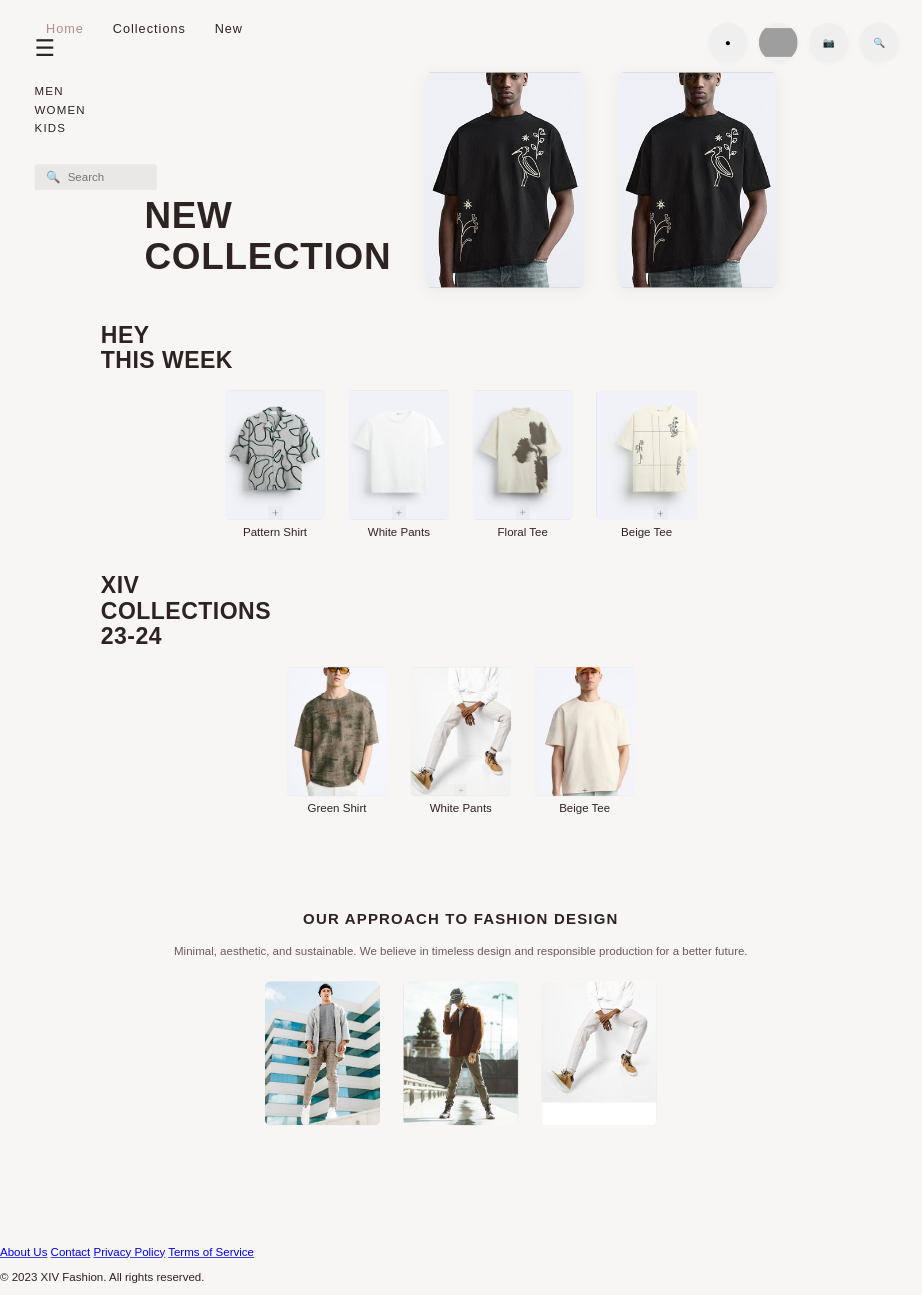
Repository: Diegoms0595/retail-dashboard-app
Page: index.html
These files come from the project's save history. The page is drawn as it stood at one moment and after the next save; the edit follows.
The browser window is 1280 px wide. The pictures show the whole page, at 72% of full size.
Pictures or frames that could not be fetched are drawn as grey boxes.

Above is the page before, as saved 2025-06-18 20:07:16.

### index.html
<!DOCTYPE html>
<html lang="en">
<head>
  <meta charset="UTF-8" />
  <meta name="viewport" content="width=device-width, initial-scale=1.0"/>
  <title>Akane, Diego</title>
  <link rel="stylesheet" href="style.css" />
</head>
<body>
  <header class="site-header">
    <nav>
      <a href="index.html" class="active">Home</a>
      <a href="products.html">Collections</a>
      <a href="products.html">New</a>
    </nav>
   <div class="top-icons">
  <button class="icon-btn">&#9679;</button>
  <button class="icon-btn"><img src="./Assets/shopping-cart.png" alt="Cart"></button>
  <button class="icon-btn">&#128247;</button>
  <button class="icon-btn">&#128269;</button>
</div>
  </header>

  <aside class="sidebar">
    <div class="menu-icon">&#9776;</div>
    <div class="sidebar-menu">
      <span>MEN</span>
      <span>WOMEN</span>
      <span>KIDS</span>
    </div>
    <div class="search-bar">
      <span>&#128269;</span>
      <input type="text" placeholder="Search" />
    </div>
  </aside>

  <main class="home-main">
    <section class="hero-section">
      <h1 class="hero-title">NEW<br>COLLECTION</h1>
      <div class="hero-products">
        <img src="./Assets/Head1.png" alt="Product 1" />
        <img src="./Assets/Head1.png" alt="Product 2" />
      </div>
    </section>

    <section class="week-section">
      <h2 class="section-title">HEY<br>THIS WEEK</h2>
      <div class="week-products">
        <div class="week-product">
          <img src="Assets/ThisWeek1.png" alt="Product 1" />
          <p>Pattern Shirt</p>
        </div>
        <div class="week-product">
          <img src="./Assets/ThisWeek2.png" alt="Product 2" />
          <p>White Pants</p>
        </div>
        <div class="week-product">
          <img src="./Assets/ThisWeek3.png" alt="Product 3" />
          <p>Floral Tee</p>
        </div>
        <div class="week-product">
          <img src="./Assets/ThisWeek4.png" alt="Product 4" />
          <p>Beige Tee</p>
        </div>
      </div>
    </section>

    <section class="collection-section">
      <h2 class="section-title">XIV<br>COLLECTIONS<br>23-24</h2>
      <div class="collection-products">
        <div class="collection-product">
          <img src="./Assets/Collection1.png" alt="Product 7" />
          <p>Green Shirt</p>
        </div>
        <div class="collection-product">
          <img src="./Assets/Collecton2.png" alt="Product 1" />
          <p>White Pants</p>
        </div>
        <div class="collection-product">
          <img src="./Assets/Collection3.png" alt="Product 8" />
          <p>Beige Tee</p>
        </div>
      </div>
    </section>

    <section class="approach-section">
      <h3>OUR APPROACH TO FASHION DESIGN</h3>
      <p>Minimal, aesthetic, and sustainable. We believe in timeless design and responsible production for a better future.</p>
      <div class="approach-gallery">
        <img src="./Assets/Approche1.png" alt="Lookbook 1" />
        <img src="./Assets/Approach2.png" alt="Lookbook 2" />
        <img src="./Assets/Approach3.png" alt="Lookbook 3" />
      </div>
    </section>
  </main>
    <footer class="site-footer">
        <div class="footer-links">
        <a href="#">About Us</a>
        <a href="#">Contact</a>
        <a href="#">Privacy Policy</a>
        <a href="#">Terms of Service</a>
        </div>
        <p>&copy; 2023 XIV Fashion. All rights reserved.</p>
</body>
</html>

### style.css
html, body {
  margin: 0;
  padding: 0;
  font-family: 'Montserrat', Arial, sans-serif;
  background: #f7f6f4;
  color: #2d2323;
  min-height: 100vh;
  width: 100vw;
  box-sizing: border-box;
}

body {
  min-height: 100vh;
  width: 100vw;
  display: flex;
  flex-direction: column;
}

.site-header {
  width: 100vw;
  max-width: 100vw;
  position: fixed;
  top: 0;
  left: 0;
  height: 80px;
  display: flex;
  align-items: center;
  justify-content: space-between;
  padding: 0 64px;
  background: none;
  z-index: 10;
  box-sizing: border-box;
}

nav {
  display: flex;
  gap: 40px;
}

nav a {
  text-decoration: none;
  color: #2d2323;
  font-size: 1.1rem;
  letter-spacing: 0.08em;
  padding: 8px 0;
  transition: color 0.2s;
}

nav a.active,
nav a:hover {
  color: #b48b8b;
}
.top-icons {
  display: flex;
  gap: 16px;
  align-items: center;
  position: absolute;
  top: 32px;
  right: 32px;
  z-index: 100;
}

.icon-btn {
  width: 54px;
  height: 54px;
  display: flex;
  align-items: center;
  justify-content: center;
  border-radius: 50%;
  border: none;
  box-shadow: 0 2px 8px rgba(0,0,0,0.04);
  cursor: pointer;
  padding: 0;
  overflow: hidden;
}

.icon-btn img {
  width: 54px;
  height: 54px;
  object-fit: contain;
  display: block;
}

.sidebar {
  position: fixed;
  left: 0;
  top: 0;
  width: 220px;
  height: 100vh;
  background: none;
  display: flex;
  flex-direction: column;
  padding: 48px 0 0 48px;
  box-sizing: border-box;
  z-index: 20;
}

.menu-icon {
  font-size: 2rem;
  margin-bottom: 32px;
  cursor: pointer;
}

.sidebar-menu {
  margin-bottom: 32px;
}

.sidebar-menu span {
  display: block;
  margin-bottom: 8px;
  font-size: 1rem;
  letter-spacing: 0.1em;
}

.search-bar {
  display: flex;
  align-items: center;
  background: rgba(80, 80, 80, 0.08);
  border-radius: 4px;
  padding: 8px 16px;
  width: 80%;
}

.search-bar input {
  border: none;
  background: none;
  margin-left: 8px;
  font-size: 1rem;
  width: 100%;
  outline: none;
}

.home-main {
  flex: 1;
  display: flex;
  flex-direction: column;
  align-items: center;
  justify-content: flex-start;
  margin-top: 100px;
  margin-left: 0;
  width: 100vw;
  max-width: 1200px;
  box-sizing: border-box;
  margin-right: auto;
  margin-left: auto;
  padding-bottom: 120px;
}

.hero-section,
.week-section,
.collection-section,
.approach-section {
  width: 100%;
  max-width: 1000px;
  margin: 0 auto 48px auto;
  display: flex;
  flex-direction: column;
  align-items: center;
}

.hero-section {
  flex-direction: row;
  align-items: flex-end;
  justify-content: center;
  gap: 48px;
}

.hero-title {
  font-size: 3.2rem;
  font-weight: 800;
  margin: 0 0 16px 0;
  line-height: 1.1;
  letter-spacing: 0.02em;
  text-align: left;
}

.hero-products {
  display: flex;
  gap: 48px;
}

.hero-products img {
  width: 220px;
  height: 300px;
  object-fit: cover;
  border-radius: 8px;
  box-shadow: 0 4px 24px rgba(0,0,0,0.06);
  background: #fff;
}

.section-title {
  font-size: 2rem;
  font-weight: 800;
  margin: 0 0 24px 0;
  line-height: 1.1;
  letter-spacing: 0.02em;
  text-align: left;
  width: 100%;
}

.week-products, .collection-products {
  display: flex;
  gap: 32px;
  justify-content: center;
  width: 100%;
}

.week-product, .collection-product {
  display: flex;
  flex-direction: column;
  align-items: center;
}

.week-product img, .collection-product img {
  width: 140px;
  height: 180px;
  object-fit: cover;
  border-radius: 6px;
  margin-bottom: 8px;
  background: #fff;
}

.week-product p, .collection-product p {
  font-size: 1rem;
  margin: 0;
  color: #2d2323;
}

.approach-section {
  margin: 64px 0 0 0;
  text-align: center;
}

.approach-section h3 {
  font-size: 1.3rem;
  font-weight: 700;
  margin-bottom: 8px;
  letter-spacing: 0.08em;
}

.approach-section p {
  font-size: 1rem;
  color: #6a5c5c;
  margin-bottom: 32px;
}

.approach-gallery {
  display: flex;
  justify-content: center;
  gap: 32px;
  margin-bottom: 48px;
}

.approach-gallery img {
  width: 160px;
  height: 200px;
  object-fit: cover;
  border-radius: 8px;
  background: #fff;
}

.footer {
  width: 100vw;
  display: flex;
  align-items: center;
  justify-content: space-between;
  padding: 32px 64px;
  background: none;
  box-sizing: border-box;
  position: fixed;
  bottom: 0;
  left: 0;
  z-index: 30;
}

.footer-left {
  display: flex;
  align-items: center;
  gap: 16px;
  font-size: 1.3rem;
  font-weight: 700;
  letter-spacing: 0.1em;
}

.qr {
  width: 64px;
  height: 64px;
}

/* Responsive */
@media (max-width: 1200px) {
  .home-main {
    max-width: 100vw;
    padding-left: 16px;
    padding-right: 16px;
  }
  .sidebar {
    display: none;
  }
  .site-header {
    left: 0;
    width: 100vw;
    padding-left: 16px;
    padding-right: 16px;
  }
  .footer {
    left: 0;
    width: 100vw;
    padding-left: 16px;
    padding-right: 16px;
  }
}

@media (max-width: 900px) {
  .hero-products img, .week-product img, .collection-product img, .approach-gallery img {
    width: 100px;
    height: 120px;
  }
  .footer {
    flex-direction: column;
    gap: 16px;
    padding: 16px;
  }
  .hero-section {
    flex-direction: column;
    align-items: center;
    gap: 24px;
  }
  .section-title {
    font-size: 1.3rem;
  }
}

After the next save:
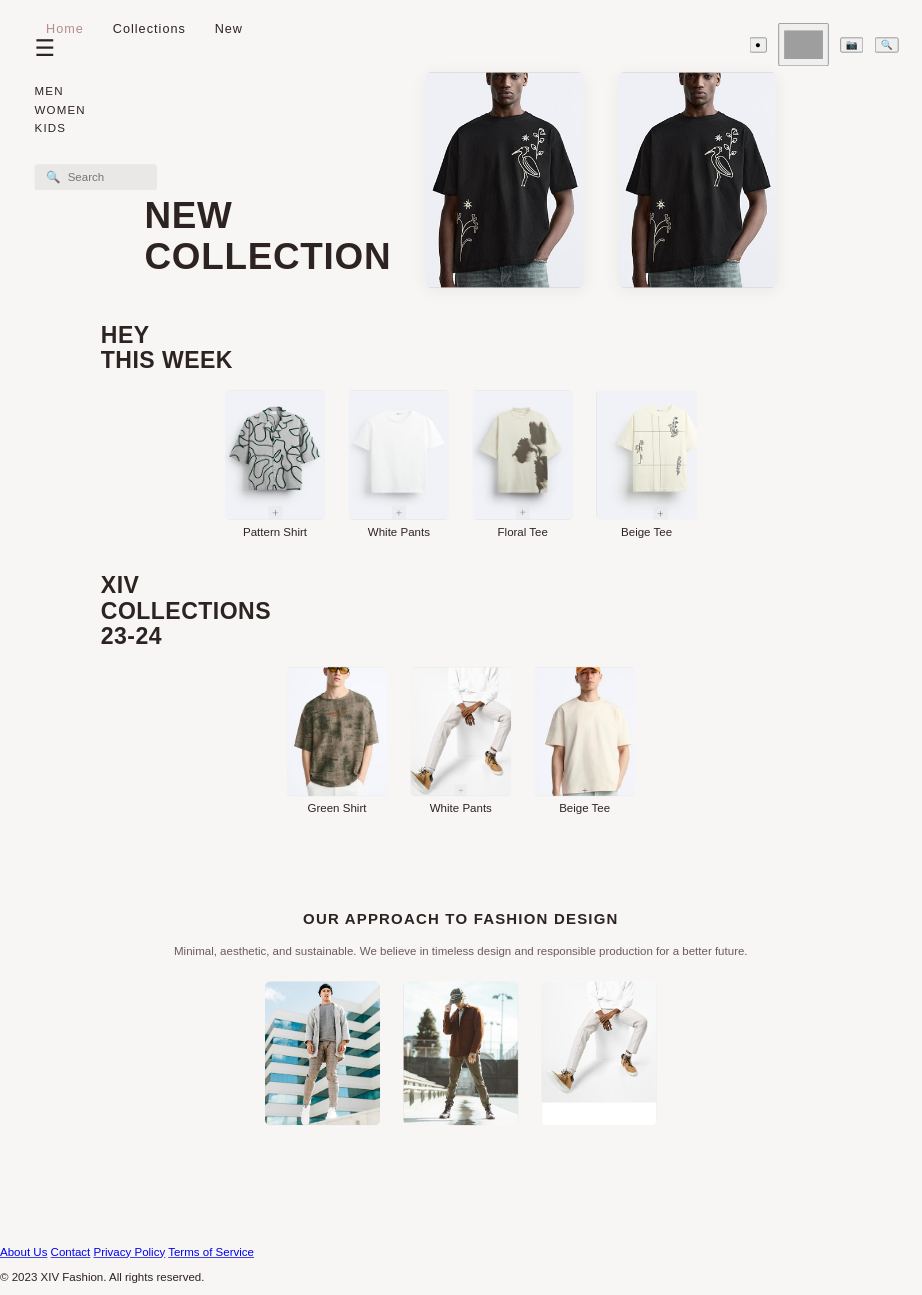
Saved 18 s later.
--- a/style.css
+++ b/style.css
@@ -60,19 +60,6 @@
   z-index: 100;
 }
 
-.icon-btn {
-  width: 54px;
-  height: 54px;
-  display: flex;
-  align-items: center;
-  justify-content: center;
-  border-radius: 50%;
-  border: none;
-  box-shadow: 0 2px 8px rgba(0,0,0,0.04);
-  cursor: pointer;
-  padding: 0;
-  overflow: hidden;
-}
 
 .icon-btn img {
   width: 54px;

After the save that followed:
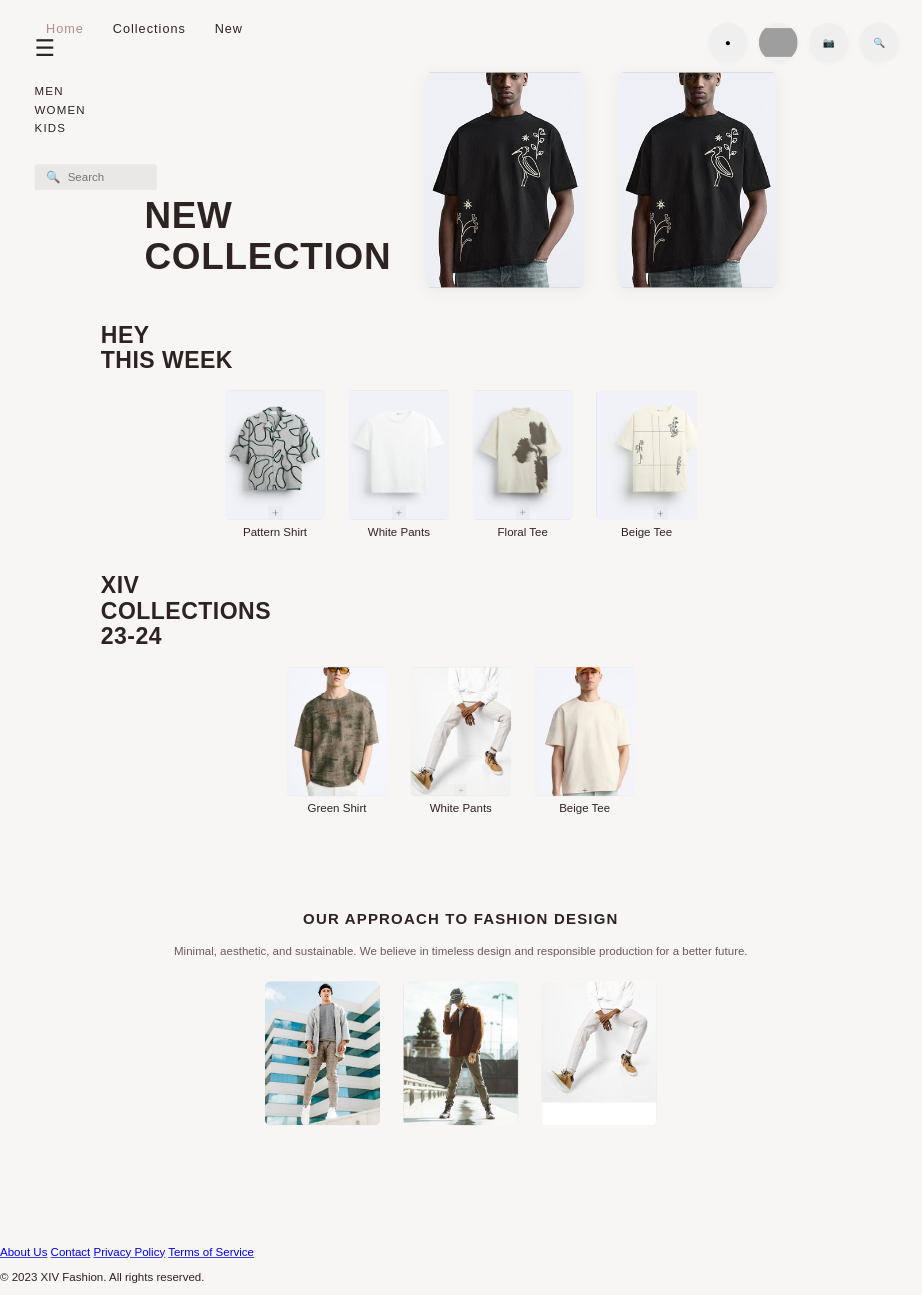
Saved 8 s later.
--- a/style.css
+++ b/style.css
@@ -60,6 +60,19 @@
   z-index: 100;
 }
 
+.icon-btn {
+  width: 54px;
+  height: 54px;
+  display: flex;
+  align-items: center;
+  justify-content: center;
+  border-radius: 50%;
+  border: none;
+  box-shadow: 0 2px 8px rgba(0,0,0,0.04);
+  cursor: pointer;
+  padding: 0;
+  overflow: hidden;
+}
 
 .icon-btn img {
   width: 54px;
